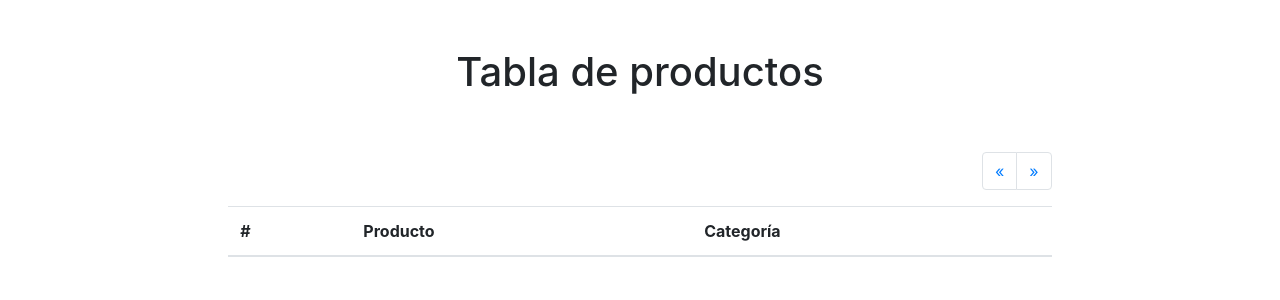
Repository: pedro-donoso/tabla-paginada
Page: index.html
The author's editor kept a copy of each file at every save. The page is drawn from the files as they stood at one save, then again after the next save.
The browser window is 1280 px wide. The pictures show the whole page.
The page's requests for data from a server got no answer.

Above is the page before, as saved 2024-02-08 01:38:38.
Console error: TypeError: info.slice is not a function

After the next save:
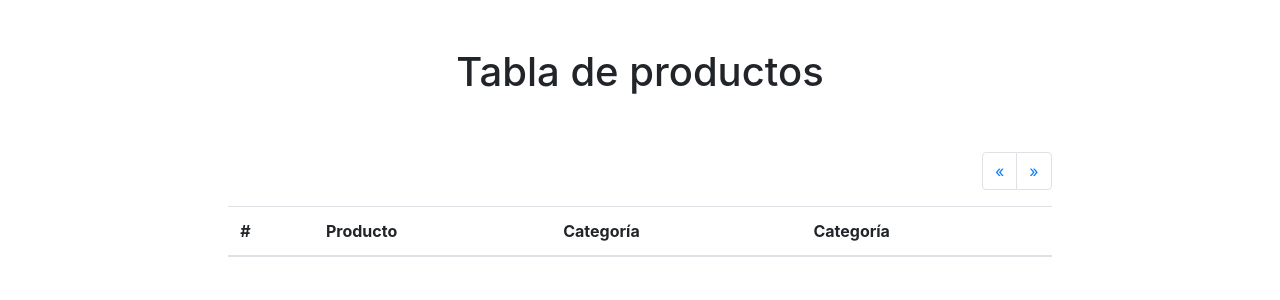
Saved 18 s later.
--- a/index.html
+++ b/index.html
@@ -46,6 +46,7 @@
                             <th scope="col">#</th>
                             <th scope="col">Producto</th>
                             <th scope="col">Categoría</th>
+                            <th scope="col">Categoría</th>
                         </tr>
                     </thead>
                     <tbody id="cuerpo-tabla">
